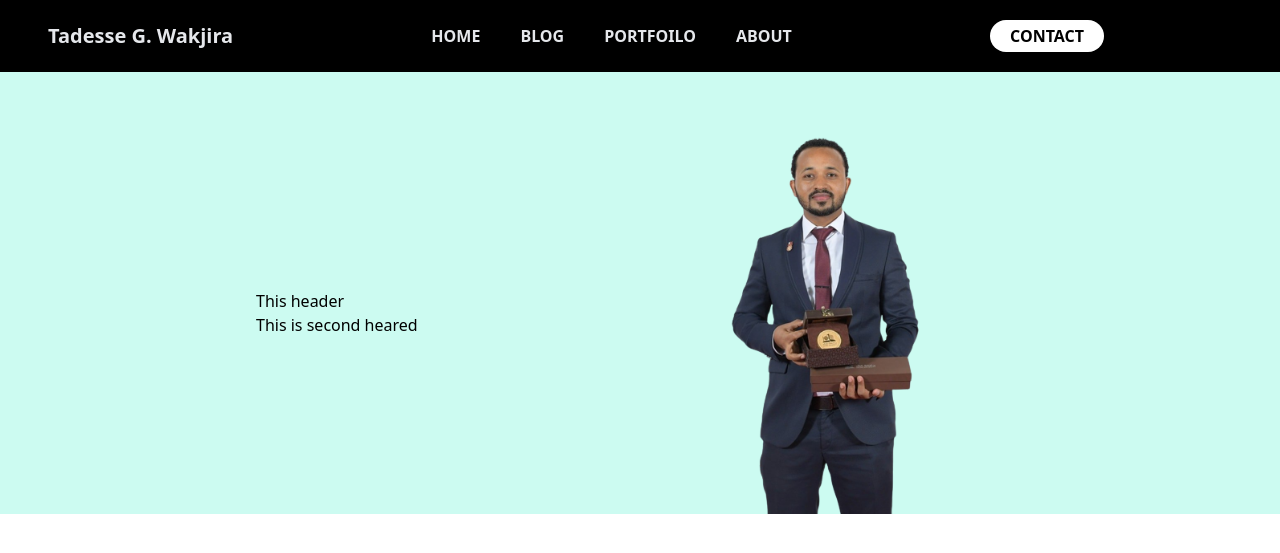
Repository: Elias-Kibret/Tade-portfoilo
Page: /
The author's editor kept a copy of each file at every save. The page is drawn from the files as they stood at one save, then again after the next save.
The browser window is 1280 px wide. The pictures show the whole page.
The project was rebuilt for these pictures with package versions that can differ from the ones it lists, and the page was loaded fresh each time. The framework's server and built-in components were replaced by stand-ins that run in the browser. Also part of the build but not shown: next.config.js.

Above is the page before, as saved 2022-06-27 07:16:55.

After the next save:
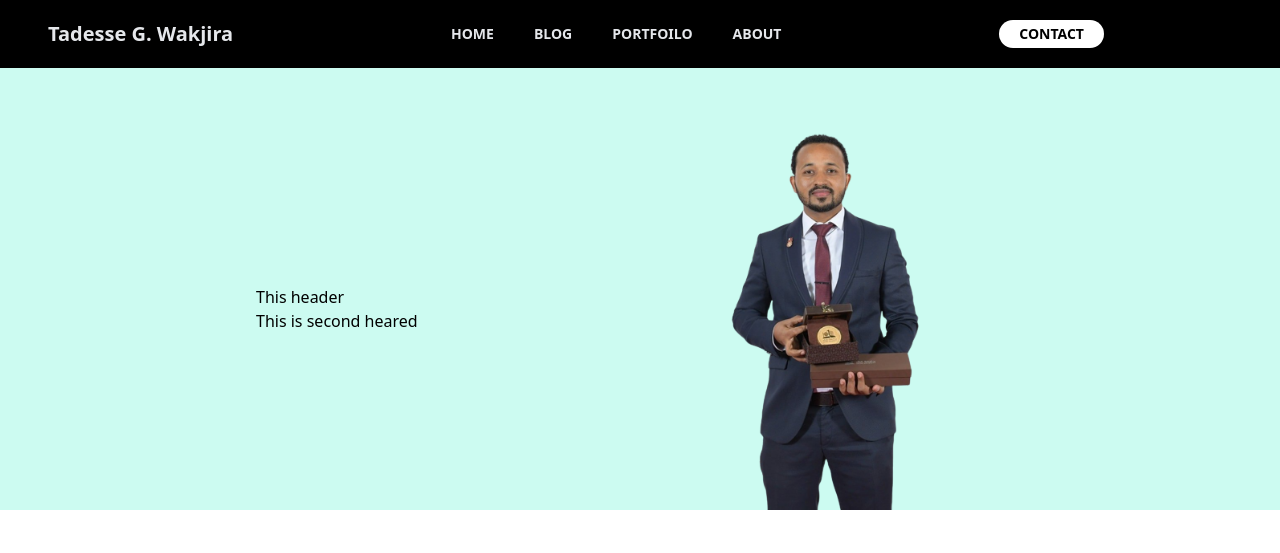
Saved 91 s later.
--- a/components/Header.tsx
+++ b/components/Header.tsx
@@ -4,7 +4,7 @@ import Image from "next/image"
 import Logo from '../public/Img/Tadesse.jpg'
 const Header = () => {
   return (
-<header className=" bg-black font-semibold  px-12 py-5 text-gray-200">
+<header className=" bg-black font-semibold text-sm px-12 py-5 text-gray-200">
    <div className="flex justify-between items-center">
       <div className="flex items-center space-x-4">
     <span className="text-xl">Tadesse G. Wakjira</span>
